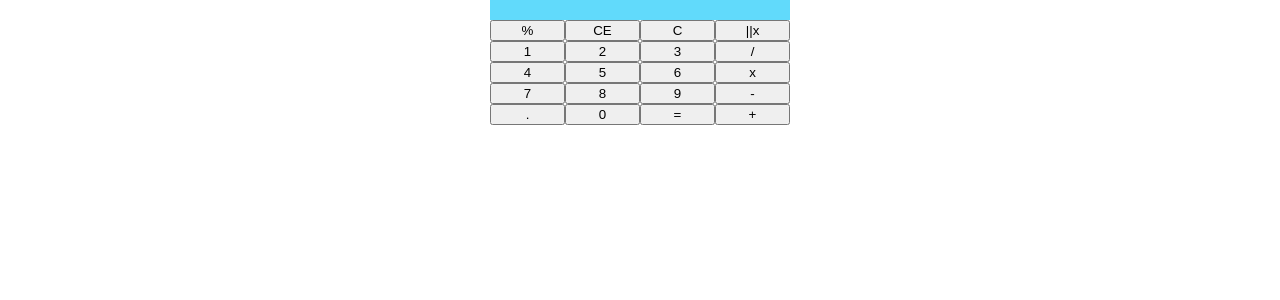
Repository: hoangphuong965/calculator_react
Page: /
An editor plug-in stored every save of this project. The page is shown before and after the next save, followed by the edit.
The browser window is 1280 px wide. The pictures show the whole page.
The project was rebuilt for these pictures with package versions that can differ from the ones it lists, and the page was loaded fresh each time.

Above is the page before, as saved 2020-08-04 08:27:23.

### src/App.js
import React from "react";
import "./App.css";
import Key from "./component/Key";
import Output from "./component/Output";

function App() {
  return <div className="App">
    <Output />
    <Key />
  </div>;
}

export default App;

### src/App.css
.App {
  text-align: center;
  width: 300px;
  margin: auto;
}

.App-logo {
  height: 40vmin;
  pointer-events: none;
}

@media (prefers-reduced-motion: no-preference) {
  .App-logo {
    animation: App-logo-spin infinite 20s linear;
  }
}

.App-header {
  background-color: #282c34;
  min-height: 100vh;
  display: flex;
  flex-direction: column;
  align-items: center;
  justify-content: center;
  font-size: calc(10px + 2vmin);
  color: white;
}

.App-link {
  color: #61dafb;
}

@keyframes App-logo-spin {
  from {
    transform: rotate(0deg);
  }
  to {
    transform: rotate(360deg);
  }
}

.key-number,
.key-controls {
  display: grid;
  grid-template-columns: 2fr 2fr 2fr 2fr;

}

.output{
  width: 100%;
  height: 20px;
  background-color: #61dafb;
}

### src/component/Key.js
import React from "react";

function Key() {
  return (
    <div className="key">
      <div className="key-controls">
        <button className="data-ctr">%</button>
        <button className="data-ctr">CE</button>
        <button className="data-ctr">C</button>
        <button className="data-ctr">||x</button>
      </div>
      <div className="key-number">
        <button className="data-key">1</button>
        <button className="data-key">2</button>
        <button className="data-key">3</button>
        <button className="data-key">/</button>
        <button className="data-key">4</button>
        <button className="data-key">5</button>
        <button className="data-key">6</button>
        <button className="data-key">x</button>
        <button className="data-key">7</button>
        <button className="data-key">8</button>
        <button className="data-key">9</button>
        <button className="data-key">-</button>
        <button className="data-key">.</button>
        <button className="data-key">0</button>
        <button className="data-key">=</button>
        <button className="data-key">+</button>
      </div>
    </div>
  );
}

export default Key;

### src/component/Output.js
import React from 'react'

function Output() {
     return (
          <div className="output">

          </div>
     )
}

export default Output

Loaded but not shown: public/index.html (common file); src/index.js (common file); src/index.css (common file); src/serviceWorker.js (common file)

After the next save:
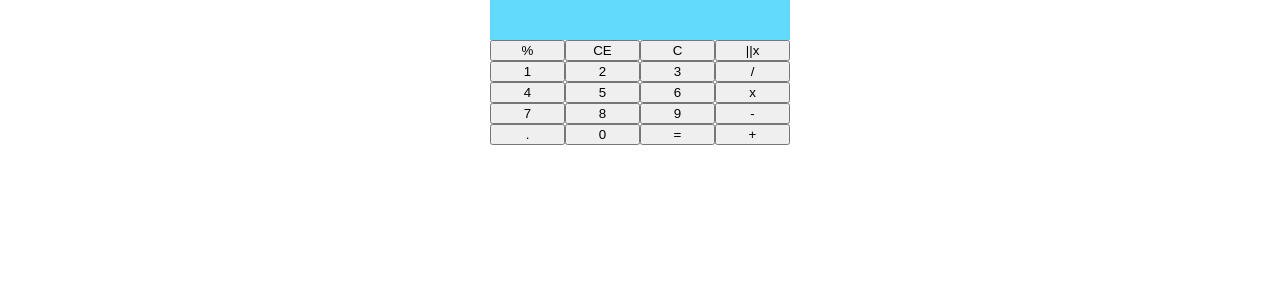
Saved 10 s later.
--- a/src/App.css
+++ b/src/App.css
@@ -48,6 +48,6 @@
 
 .output{
   width: 100%;
-  height: 20px;
+  height: 40px;
   background-color: #61dafb;
 }
